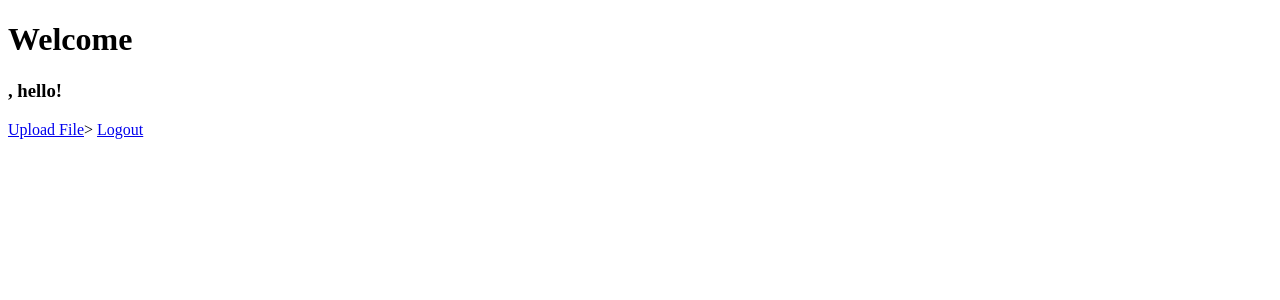
Repository: SvetlanaK367/TrainingJAVA
Page: http://localhost/FinalProject/jsp/main.jsp
The author's editor kept a copy of each file at every save. The page is drawn from the files as they stood at one save, then again after the next save.
The browser window is 1280 px wide. The pictures show the whole page.
The page is served by Tomcat 9.

Above is the page before, as saved 2017-04-02 18:26:24.

After the next save:
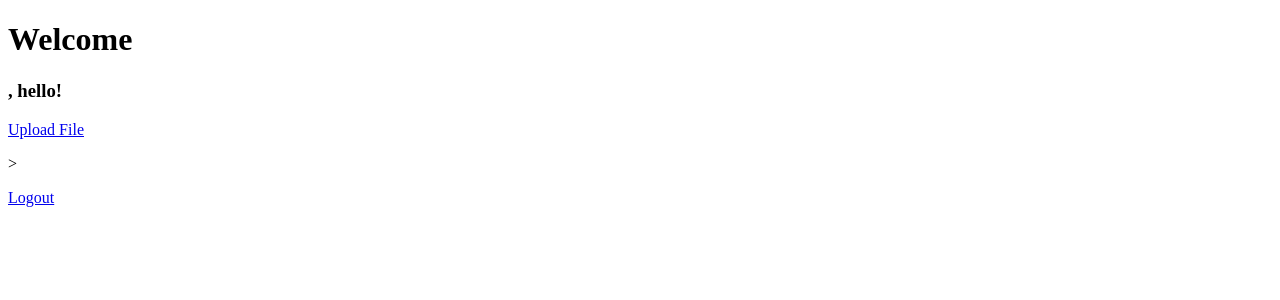
Saved 102 s later.
--- a/FinalProject/WebContent/jsp/main.jsp
+++ b/FinalProject/WebContent/jsp/main.jsp
@@ -10,8 +10,7 @@
 	<h1>Welcome</h1>
 		<h3> ${user}, hello!</h3>
 
-		<a href="/jsp/fileUpload.jsp"/> Upload File</a>>
-
-	<a href="controller?command=logout">Logout</a>
+	<p><a href="/jsp/fileUpload.jsp"/> Upload File</a></p>>
+	<p><a href="controller?command=logout">Logout</a></p>
 </body>
 </html>
